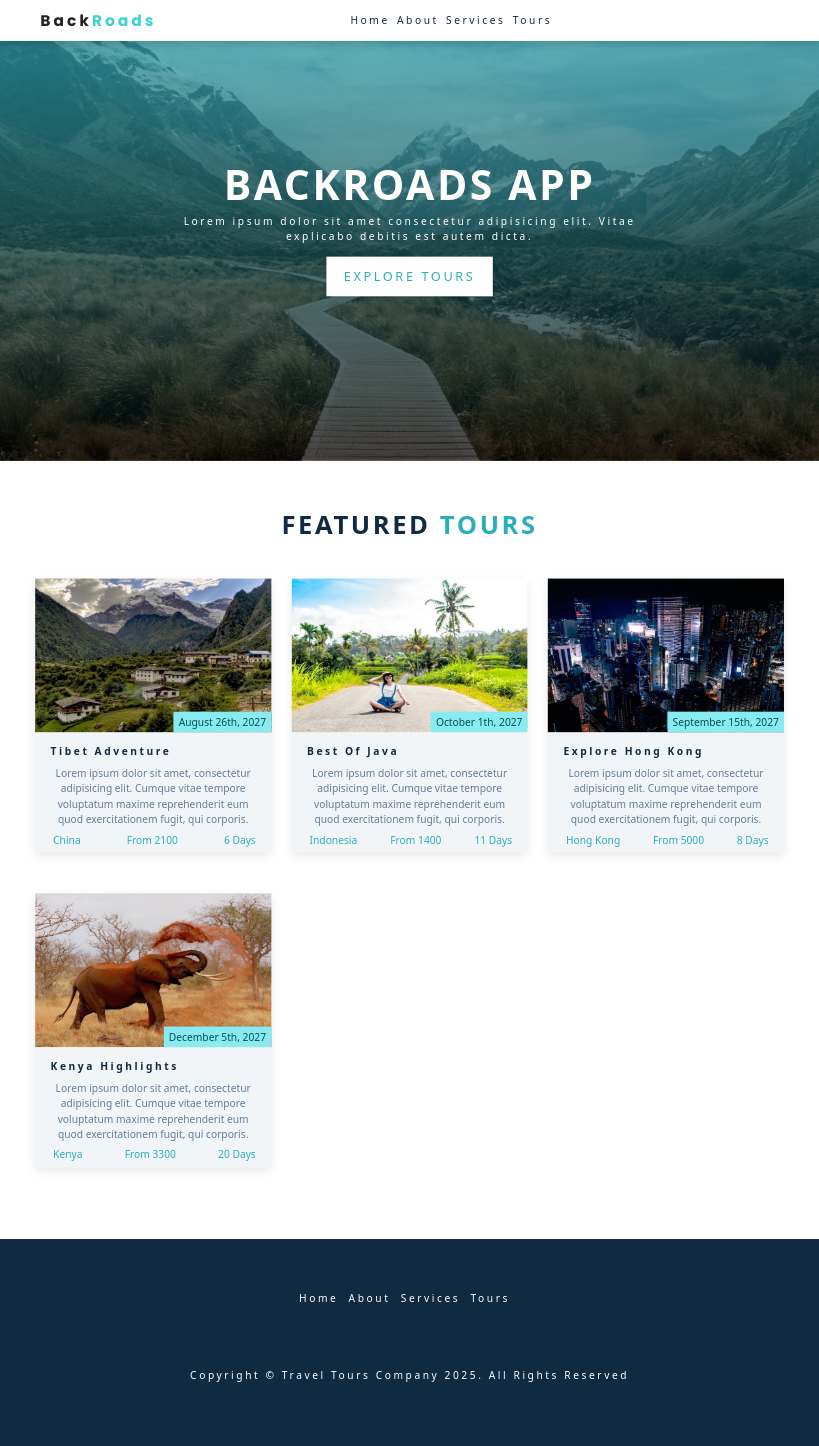
Repository: Megha619801-creator/week4
Page: /tours (app in week4-fe-pp/)
An editor plug-in stored every save of this project. The page is shown before and after the next save, followed by the edit.
The browser window is 1280 px wide. The pictures show the whole page, at 64% of full size.
The project was rebuilt for these pictures with package versions that can differ from the ones it lists, and the page was loaded fresh each time. Also part of the build but not shown: week4-fe-pp/vite.config.js, week4-fe-pp/src/components/About.jsx, week4-fe-pp/src/components/Service.jsx, week4-fe-pp/src/components/Services.jsx. Imported but missing from the stored project, and not drawn on this page: week4-fe-pp/src/components/Home, week4-fe-pp/src/components/NotFound.

Above is the page before, as saved 2025-09-10 12:21:09.

### week4-fe-pp/src/App.jsx
import About from "./components/About";
import Footer from "./components/Footer";
import Hero from "./components/Hero";
import Navbar from "./components/Navbar";
import Services from "./components/Services";
import Tours from "./components/Tours";
import Home from "./components/Home";
import NotFound from "./components/NotFound";
import "./App.css";
import { BrowserRouter, Route, Routes } from "react-router-dom";

function App() {
  return (
 <BrowserRouter>
      <Navbar />
      <Hero />
      <Routes>
        <Route path="/" element={<Home />} />
        <Route path="/services" element={<Services />} />
        <Route path="/tours" element={<Tours />} />
        <Route path="/about" element={<About />} />
        <Route path="*" element={<NotFound />} />
      </Routes>
      <Footer />
    </BrowserRouter>
  );
}

export default App;

### week4-fe-pp/src/components/Footer.jsx
import PageLinks from "./PageLinks";
import SocialLinks from "./SocialLinks";

function Footer() {
  return (
    <footer className="section footer">
      <PageLinks parentClass="footer-links" itemClass="footer-link" />
      <SocialLinks parentClass="footer-icons" itemClass="footer-icon"/>
      <p className="copyright">
        copyright © travel tours company<span id="date">2025</span>. all rights
        reserved
      </p>
    </footer>
  );
}

export default Footer;

### week4-fe-pp/src/components/Hero.jsx
function Hero() {
  return (
    <section className="hero" id="home">
      <div className="hero-banner">
        <h1>backroads app</h1>
        <p>
          Lorem ipsum dolor sit amet consectetur adipisicing elit. Vitae
          explicabo debitis est autem dicta.
        </p>
        <a href="#tours" className="btn hero-btn">
          explore tours
        </a>
      </div>
    </section>
  );
}

export default Hero;

### week4-fe-pp/src/components/Navbar.jsx
import PageLinks from './PageLinks';
import SocialLinks from './SocialLinks';
import Header from './Header';

const Navbar = () => {
  return (
    <div>
      <nav className="navbar">
        <div className="nav-center">
          <Header />
          <PageLinks parentClass="nav-links" itemClass="nav-link" />
          <SocialLinks parentClass="nav-icons" itemClass="nav-icon"/>
        </div>
      </nav>
    </div>
  );
};

export default Navbar;

### week4-fe-pp/src/components/Tours.jsx
import { tours } from "../data";
import Title from "./Title";
import Tour from "./Tour";

const Tours = () => {
  return (
    <section className="section" id="tours">
      <Title title="featured" subTitle="tours" />

      <div className="section-center featured-center">
        {tours.map((tour) => {
          return <Tour key={tour.id} {...tour} />;
        })}
      </div>
    </section>
  );
};
export default Tours;

### week4-fe-pp/src/App.css
/*
===============
Variables
===============
*/

:root {
  /* dark shades of primary color*/
  --clr-primary-1: hsl(184, 91%, 17%);
  --clr-primary-2: hsl(185, 84%, 25%);
  --clr-primary-3: hsl(185, 81%, 29%);
  --clr-primary-4: hsl(184, 77%, 34%);
  /* primary/main color */
  --clr-primary-5: hsl(185, 62%, 45%);
  /* lighter shades of primary color */
  --clr-primary-6: hsl(185, 57%, 50%);
  --clr-primary-7: hsl(184, 65%, 59%);
  --clr-primary-8: hsl(184, 80%, 74%);
  --clr-primary-9: hsl(185, 94%, 87%);
  --clr-primary-10: hsl(186, 100%, 94%);
  /* darkest grey - used for headings */
  --clr-grey-1: hsl(209, 61%, 16%);
  --clr-grey-2: hsl(211, 39%, 23%);
  --clr-grey-3: hsl(209, 34%, 30%);
  --clr-grey-4: hsl(209, 28%, 39%);
  /* grey used for paragraphs */
  --clr-grey-5: hsl(210, 22%, 49%);
  --clr-grey-6: hsl(209, 23%, 60%);
  --clr-grey-7: hsl(211, 27%, 70%);
  --clr-grey-8: hsl(210, 31%, 80%);
  --clr-grey-9: hsl(212, 33%, 89%);
  --clr-grey-10: hsl(210, 36%, 96%);
  --clr-white: #fff;
  --ff-primary: 'Lato', sans-serif;
  --transition: all 0.3s linear;
  --spacing: 0.25rem;
  --radius: 0.5rem;
  --light-shadow: 0 5px 15px rgba(0, 0, 0, 0.1);
  --dark-shadow: 0 5px 15px rgba(0, 0, 0, 0.2);
}

/*
===============
Global Styles
===============
*/

* {
  margin: 0;
  padding: 0;
  box-sizing: border-box;
}

html {
  scroll-behavior: smooth;
}

body {
  font-family: system-ui, -apple-system, BlinkMacSystemFont, 'Segoe UI', Roboto,
    Oxygen, Ubuntu, Cantarell, 'Open Sans', 'Helvetica Neue', sans-serif;
  background: var(--clr-white);
  color: var(--clr-grey-1);
  line-height: 1.5;
  font-size: 0.875rem;
}

ul {
  list-style-type: none;
}

a {
  text-decoration: none;
}

img:not(.nav-logo) {
  width: 100%;
  display: block;
}

h1,
h2,
h3,
h4 {
  letter-spacing: var(--spacing);
  text-transform: capitalize;
  line-height: 1.25;
  margin-bottom: 0.75rem;
}

h1 {
  font-size: 3rem;
}

h2 {
  font-size: 2rem;
}

h3 {
  font-size: 1.25rem;
}

h4 {
  font-size: 0.875rem;
}

p {
  margin-bottom: 1.25rem;
  color: var(--clr-grey-5);
}

@media screen and (min-width: 800px) {
  h1 {
    font-size: 4rem;
  }

  h2 {
    font-size: 2.5rem;
  }

  h3 {
    font-size: 1.75rem;
  }

  h4 {
    font-size: 1rem;
  }

  body {
    font-size: 1rem;
  }

  h1,
  h2,
  h3,
  h4 {
    line-height: 1;
  }
}

/*  global classes */

.btn {
  text-transform: uppercase;
  background: var(--clr-primary-5);
  color: var(--clr-white);
  padding: 0.375rem 0.75rem;
  letter-spacing: var(--spacing);
  display: inline-block;
  /* font-weight: 700; */
  transition: var(--transition);
  font-size: 0.875rem;
  border: 2px solid transparent;
  cursor: pointer;
  box-shadow: 0 1px 3px rgba(0, 0, 0, 0.2);
}

.btn:hover {
  color: var(--clr-primary-1);
  background: var(--clr-primary-8);
}

/* section */
.section {
  padding: 5rem 0;
  scroll-margin-top: 4rem;
}

.section-title {
  text-align: center;
  margin-bottom: 4rem;
}

.section-title h2 {
  text-transform: uppercase;
}

.section-title span {
  color: var(--clr-primary-5);
}

.section-center {
  width: 90vw;
  margin: 0 auto;
  max-width: 1170px;
}

@media screen and (min-width: 992px) {
  .section-center {
    width: 95vw;
  }
}

/*
===============
Hero
===============
*/

.hero {
  min-height: 100vh;
  background: var(--clr-primary-5);
  display: flex;
  justify-content: center;
  align-items: center;
}

.hero-banner {
  text-align: center;
  color: var(--clr-white);
  padding: 0 3rem;
}

.hero-banner h1 {
  text-transform: uppercase;
}

.hero-banner p {
  max-width: 35rem;
  margin-left: auto;
  margin-right: auto;
  color: var(--clr-white);
  letter-spacing: var(--spacing);
}

.hero-btn {
  padding: 0.9rem 1.6rem;
  font-size: 1.25rem;
  background: var(--clr-white);
  color: var(--clr-primary-5);
}

.hero-btn:hover {
  background: transparent;
  color: var(--clr-white);
  border-color: var(--clr-white);
}

@media screen and (min-width: 768px) {
  .hero {
    background: linear-gradient(rgb(44, 174, 186, 0.7), rgba(0, 0, 0, 0.7)),
      url('./assets/images/main.jpeg') center/cover no-repeat;
  }

  .hero-banner {
    padding: 0;
  }

  .hero-banner p {
    max-width: 45rem;
  }
}

/*
===============
About
===============
*/
/* section added to globals */
/* title added to globals */
/* section center added to globals */
.about-img,
.about-info {
  margin-bottom: 2rem;
}

@media screen and (min-width: 992px) {
  .about-center {
    display: grid;
    grid-template-columns: 1fr 1fr;
    column-gap: 2rem;
  }

  .about-img,
  .about-info {
    margin-bottom: 0;
  }
}

@media screen and (min-width: 1170px) {
  .about-img::before {
    content: '';
    position: absolute;
    width: 100%;
    height: 100%;
    border: 0.5rem solid var(--clr-primary-5);
    box-sizing: border-box;
    top: -1.5rem;
    left: -1.5rem;
  }

  .about-img {
    position: relative;
  }

  .about-photo {
    position: relative;
  }
}

/*
===============
Services
===============
*/
.services {
  background: var(--clr-grey-10);
}

.service {
  text-align: center;
  margin-bottom: 3rem;
}

.service-icon {
  background: var(--clr-primary-5);
  color: var(--clr-primary-1);
  padding: 0.5rem;
  display: inline-block;
  font-size: 2rem;
  margin-bottom: 1.5rem;
}

.service-text {
  max-width: 20rem;
  margin-left: auto;
  margin-right: auto;
}

@media screen and (min-width: 576px) {
  .services-center {
    display: grid;
    grid-template-columns: 1fr 1fr;
    gap: 2rem;
  }

  .service {
    margin-bottom: 0rem;
  }
}

@media screen and (min-width: 992px) {
  .services-center {
    grid-template-columns: 1fr 1fr 1fr;
  }
}

@media screen and (min-width: 1170px) {
  .service {
    display: flex;
    text-align: left;
  }

  .service-icon {
    align-self: start;
  }

  .service-info {
    padding-left: 1rem;
  }

  .service-title {
    margin-bottom: 0.5rem;
  }
}

/*
===============
Featured Tours
===============
*/

.tour-card {
  transition: var(--transition);
  background: var(--clr-grey-10);
  box-shadow: 0 5px 15px rgba(0, 0, 0, 0.1);
  margin-bottom: 2rem;
}

.tour-card:hover {
  box-shadow: 0 5px 15px rgba(0, 0, 0, 0.2);
  transform: scale(1.02);
}

.tour-img-container {
  position: relative;
}

.tour-img {
  height: 15rem;
  object-fit: cover;
}

.tour-date {
  position: absolute;
  right: 0;
  bottom: 0;
  background: var(--clr-primary-8);
  color: var(--clr-primary-1);
  text-transform: capitalize;
  padding: 0.25rem 0.5rem;
  margin-bottom: 0;
}

.tour-info {
  padding: 1.25rem 1.5rem;
  text-align: center;
}

/* additional css for different layout*/
.tour-title {
  display: flex;
  justify-content: space-between;
  flex-wrap: wrap;
}

.tour-title p,
.tour-title h4 {
  margin-bottom: 0.75rem;
  line-height: 1.25;
}

.tour-title p {
  color: var(--clr-grey-7);
}

/* end of additional css for different layout*/
.tour-footer {
  display: flex;
  justify-content: space-between;
  flex-wrap: wrap;
  align-items: center;
}

.tour-footer p {
  line-height: 0;
  margin-bottom: 0;
  text-transform: capitalize;
  color: var(--clr-primary-5);
}

.tour-footer p span {
  margin-right: 0.25rem;
}

.tour-btn {
  text-align: center;
}

@media screen and (min-width: 768px) {
  .featured-center {
    display: grid;
    grid-template-columns: 1fr 1fr;
    gap: 2rem;
  }
}

@media screen and (min-width: 1170px) {
  .featured-center {
    grid-template-columns: 1fr 1fr 1fr;
  }
}

/*
===============
Footer
===============
*/
.footer {
  background: var(--clr-grey-1);
  text-align: center;
  padding-left: 2rem;
  padding-right: 2rem;
}

.footer-links,
.footer-icons {
  display: flex;
  justify-content: center;
  margin-bottom: 1.5rem;
  flex-wrap: wrap;
}

.footer-link {
  color: var(--clr-white);
  text-transform: capitalize;
  font-size: 1rem;
  margin-right: 1rem;
  letter-spacing: var(--spacing);
  transition: var(--transition);
}

.footer-link:hover {
  color: var(--clr-primary-5);
}

.footer-icon {
  font-size: 2rem;
  margin-right: 1rem;
  color: var(--clr-white);
  transition: var(--transition);
}

.footer-icon:hover {
  color: var(--clr-primary-5);
}

.copyright {
  text-transform: capitalize;
  letter-spacing: var(--spacing);
  color: var(--clr-white);
}

.copyright span {
  margin-left: 0.5rem;
}

/*
===============
Navbar
===============
*/
/* add :not(.nav-logo) to img */

.navbar {
  position: fixed;
  top: 0;
  left: 0;
  width: 100%;
  background: var(--clr-white);
  box-shadow: var(--dark-shadow);
  z-index: 2;
  height: 4rem;
  display: flex;
  align-items: center;
}

.nav-icons {
  display: none;
}

.nav-center {
  width: 90vw;
  max-width: 1170px;
  margin: 0 auto;
}

.nav-header {
  display: flex;
  justify-content: space-between;
  align-items: center;
}

.nav-toggle {
  background: transparent;
  border: none;
  outline: none;
  font-size: 1.5rem;
  color: var(--clr-primary-5);
  cursor: pointer;
  transition: var(--transition);
}

.nav-toggle:hover {
  transform: scale(1.2);
}

.nav-link {
  display: block;
  padding: 1rem 2rem;
  text-transform: capitalize;
  letter-spacing: var(--spacing);
  transition: var(--transition);
  color: var(--clr-grey-1);
  cursor: pointer;
  font-size: 1rem;
}

.nav-link:hover {
  color: var(--clr-primary-1);
  background: var(--clr-primary-8);
  padding-left: 2.25rem;
}

/* nav toggle functionality */
.nav-links {
  height: 0;
  overflow: hidden;
  transition: var(--transition);
}

.show-links {
  height: 280px;
}

/* nav at bigger screen size */
@media screen and (min-width: 992px) {

  /* hide nav toggle button */
  .nav-toggle {
    display: none;
  }

  /* show links */
  .nav-links {
    height: auto;
    display: flex;
  }

  .nav-center {
    display: flex;
    justify-content: space-between;
    align-items: center;
    /* optional */
    flex-wrap: wrap;
  }

  .nav-header {
    padding: 0 0;
  }

  .nav-link {
    padding: 0 0;
  }

  .nav-link:hover {
    padding: 0;
    color: var(--clr-primary-5);
    background: transparent;
  }

  .nav-icons {
    display: flex;
  }

  .nav-link {
    margin-right: 0.7rem;
  }

  .nav-icon {
    margin-right: 0.7rem;
    color: var(--clr-primary-5);
    font-size: 1.2rem;
    transition: var(--transition);
  }

  .nav-icon:hover {
    color: var(--clr-primary-8);
  }
}

/* set hero to
min-height:calc(100vh - 62px);
*/


.section-dummy {
  text-align: center;
  margin: 4rem;
  font-size: 1.5rem;
  text-transform: uppercase;
}

.temp {
  text-align: center;
  font-size: 1.5rem;
  color: var(--clr-primary-5);
  margin: 20px;
  padding: 10px;
}

### week4-fe-pp/src/components/Title.jsx
const Title = ({ title, subTitle }) => {
  return (
    <div className='section-title'>
      <h2>
        {title} <span>{subTitle}</span>
      </h2>
    </div>
  );
};

export default Title;

### week4-fe-pp/src/components/PageLinks.jsx
import { pageLinks } from "../data";
import PageLink from "./PageLink";

const PageLinks = ({ parentClass, itemClass }) => {
  return (
    <ul className={parentClass} id="nav-links">
      {pageLinks.map((link) => {
        return <PageLink key={link.id} link={link} itemClass={itemClass} />;
      })}
    </ul>
  );
};
export default PageLinks;

### week4-fe-pp/src/components/SocialLinks.jsx
import { socialLinks } from "../data";
import SocialLink from "./SocialLink";

const SocialLinks = ({ parentClass, itemClass }) =>  {
  return (
    <ul className={parentClass} id="social-links">
      {socialLinks.map((link) => {
        return <SocialLink key={link.id} link={link} itemClass={itemClass} />;
      })}
    </ul>
  );
}

export default SocialLinks;

### week4-fe-pp/src/components/Header.jsx
import logo from '../assets/images/logo.svg'

function Header() {
  return (
    <div className="nav-header">
      <img src={logo} className="nav-logo" alt="backroads" />
      <button type="button" className="nav-toggle" id="nav-toggle">
        <i className="fas fa-bars" />
      </button>
    </div>
  );
}

export default Header;

### week4-fe-pp/src/data.js
import tour1 from "./assets/images/tour-1.jpeg";
import tour2 from "./assets/images/tour-2.jpeg";
import tour3 from "./assets/images/tour-3.jpeg";
import tour4 from "./assets/images/tour-4.jpeg";

export const pageLinks = [
  { id: 1, href: "/", text: "home" },
  { id: 2, href: "/about", text: "about" },
  { id: 3, href: "/services", text: "services" },
  { id: 4, href: "/tours", text: "tours" },
];

export const socialLinks = [
  { id: 1, href: "https://www.facebook.com", icon: "fab fa-facebook" },
  { id: 2, href: "https://www.x.com", icon: "fab fa-x-twitter" },
  { id: 3, href: "https://www.squarespace.com/", icon: "fab fa-squarespace" },
];

export const services = [
  {
    id: 1,
    icon: "fas fa-wallet fa-fw",
    title: "saving money",
    text: "Lorem ipsum dolor sit amet consectetur adipisicing elit Asperiores, officia.",
  },
  {
    id: 2,
    icon: "fas fa-tree fa-fw",
    title: "endless hiking",
    text: "Lorem ipsum dolor sit amet consectetur adipisicing elit Asperiores, officia.",
  },
  {
    id: 3,
    icon: "fas fa-socks fa-fw",
    title: "amazing comfort",
    text: "Lorem ipsum dolor sit amet consectetur adipisicing elit Asperiores, officia.",
  },
];

export const tours = [
  {
    id: 1,
    image: tour1,
    date: "august 26th, 2027",
    title: "Tibet Adventure",
    info: ` Lorem ipsum dolor sit amet, consectetur adipisicing elit. Cumque vitae tempore voluptatum maxime reprehenderit eum quod exercitationem fugit, qui corporis.`,
    location: "china",
    duration: 6,
    cost: 2100,
  },
  {
    id: 2,
    image: tour2,
    date: "october 1th, 2027",
    title: "best of java",
    info: ` Lorem ipsum dolor sit amet, consectetur adipisicing elit. Cumque vitae tempore voluptatum maxime reprehenderit eum quod exercitationem fugit, qui corporis.`,
    location: "indonesia",
    duration: 11,
    cost: 1400,
  },
  {
    id: 3,
    image: tour3,
    date: "september 15th, 2027",
    title: "explore hong kong",
    info: ` Lorem ipsum dolor sit amet, consectetur adipisicing elit. Cumque vitae tempore voluptatum maxime reprehenderit eum quod exercitationem fugit, qui corporis.`,
    location: "hong kong",
    duration: 8,
    cost: 5000,
  },
  {
    id: 4,
    image: tour4,
    date: "december 5th, 2027",
    title: "kenya highlights",
    info: ` Lorem ipsum dolor sit amet, consectetur adipisicing elit. Cumque vitae tempore voluptatum maxime reprehenderit eum quod exercitationem fugit, qui corporis.`,
    location: "kenya",
    duration: 20,
    cost: 3300,
  },
];

### week4-fe-pp/src/components/Tour.jsx
function Tour({ image, date, title, info, location, duration, cost }) {
  return (
    <article className="tour-card">
      <div className="tour-img-container">
        <img src={image} className="tour-img" alt={title} />
        <p className="tour-date">{date}</p>
      </div>
      <div className="tour-info">
        <div className="tour-title">
          <h4>{title}</h4>
        </div>
        <p>{info}</p>
        <div className="tour-footer">
          <p>
            <span>
              <i className="fas fa-map" />
            </span>
            {location}
          </p>
          <p>from {cost}</p>
          <p>{duration} days</p>
        </div>
      </div>
    </article>
  );
}

export default Tour;

### week4-fe-pp/src/components/PageLink.jsx
const PageLink = ({ link, itemClass }) => {
  return (
    <li>
      <a href={link.href} className={itemClass}>
        {link.text}
      </a>
    </li>
  );
};
export default PageLink;

### week4-fe-pp/src/components/SocialLink.jsx

const SocialLink = ({ link, itemClass }) => {
  return (
    <li key={link.id}>
      <a href={link.href} className={itemClass} target="_blank" rel="noreferrer">
        <i className={link.icon}></i>
      </a>
    </li>
  );
};

export default SocialLink;

Loaded but not shown: week4-fe-pp/src/main.jsx (common file)

After the next save:
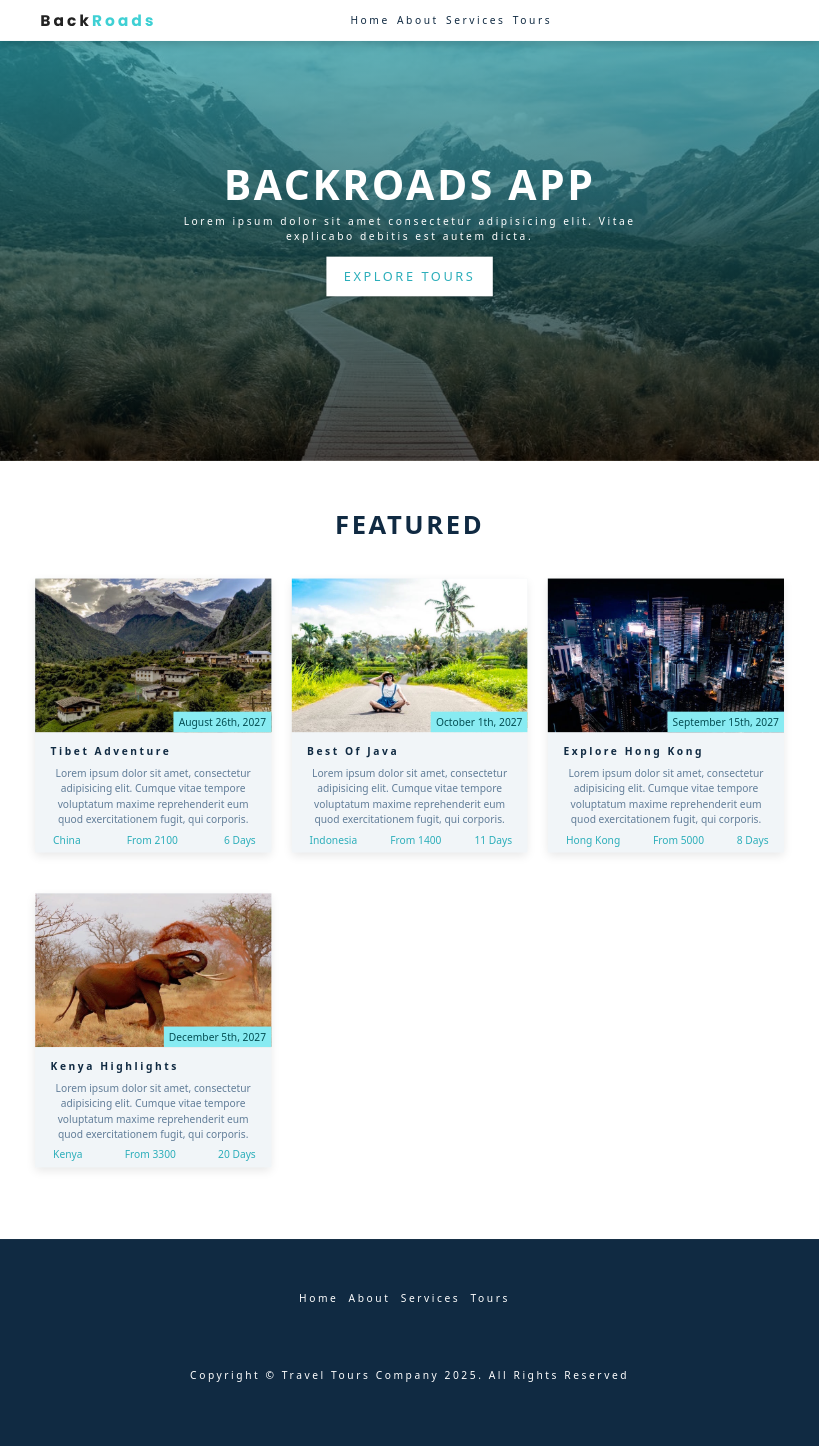
Saved 24 min 14 s later.
--- a/week4-fe-pp/src/components/Tours.jsx
+++ b/week4-fe-pp/src/components/Tours.jsx
@@ -1,18 +1,23 @@
+import { useState } from "react";
 import { tours } from "../data";
 import Title from "./Title";
 import Tour from "./Tour";
 
 const Tours = () => {
+  // put tours array into state
+  const [toursData, setToursData] = useState(tours);
+
   return (
     <section className="section" id="tours">
-      <Title title="featured" subTitle="tours" />
+      <Title title="featured" subtitle="tours" />
 
       <div className="section-center featured-center">
-        {tours.map((tour) => {
-          return <Tour key={tour.id} {...tour} />;
+        {toursData.map((tour) => {
+          return <Tour {...tour} key={tour.id} />;
         })}
       </div>
     </section>
   );
 };
+
 export default Tours;
